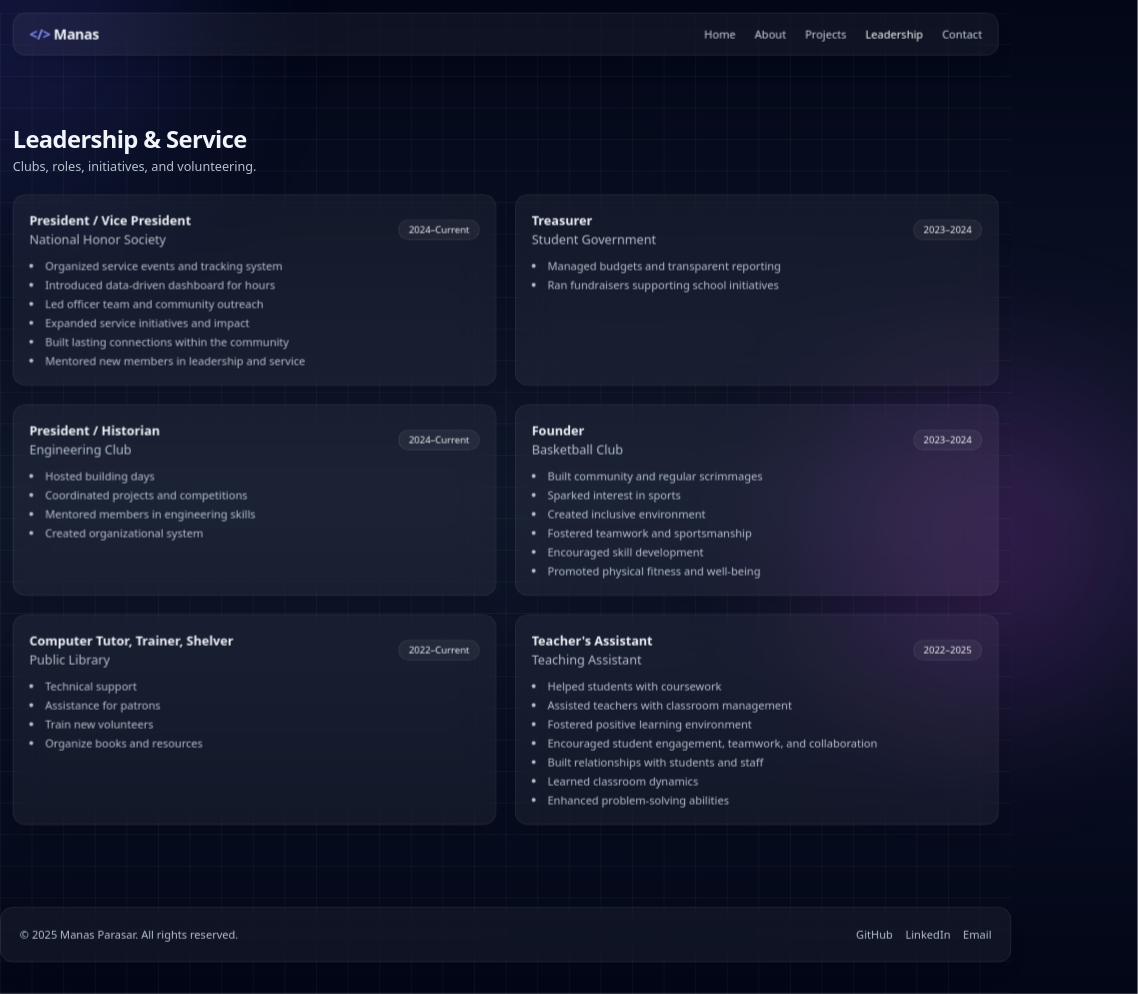
Repository: Manas-Parasar/portfolio-manas-parasar
Page: /leadership
An editor plug-in stored every save of this project. The page is shown before and after the next save, followed by the edit.
The browser window is 1280 px wide. The page is 1440 px wide, so the pictures cover 1440 px, including what lies to the right of the window. The pictures show the whole page, at 79% of full size.
The project was rebuilt for these pictures with package versions that can differ from the ones it lists, and the page was loaded fresh each time. Also part of the build but not shown: vite.config.js, src/components/Hero.jsx, src/components/ProjectCard.jsx, src/pages/Home.jsx, src/pages/About.jsx, src/pages/Projects.jsx, src/pages/Contact.jsx.

Above is the page before, as saved 2025-08-20 16:13:13.

### index.html
<!DOCTYPE html>
<html lang="en">
  <head>
    <meta charset="UTF-8" />
    <meta name="viewport" content="width=device-width, initial-scale=1.0" />
    <title>Manas Parasar — Portfolio</title>
    <meta
      name="description"
      content="Portfolio of Manas Parasar: projects, leadership, research, and impact."
    />
    <link rel="icon" href="/favicon.svg" />
  </head>
  <body
    class="min-h-screen bg-gradient-to-b from-slate-950 via-slate-900 to-slate-950 text-slate-100"
  >
    <div id="root"></div>
    <script type="module" src="/src/main.jsx"></script>
  </body>
</html>

### src/main.jsx
import { BrowserRouter } from "react-router-dom";
import "./index.css";
import React from "react";
import ReactDOM from "react-dom/client";
import App from "./App";

ReactDOM.createRoot(document.getElementById("root")).render(
  <React.StrictMode>
    <BrowserRouter>
      <App />
    </BrowserRouter>
  </React.StrictMode>
);

### src/index.css
@tailwind base;
@tailwind components;
@tailwind utilities;

/* Subtle selection & scrollbar tweaks */
::selection {
  background: #6366f1;
  color: white;
}
::-webkit-scrollbar {
  width: 10px;
}
::-webkit-scrollbar-thumb {
  background: rgba(148, 163, 184, 0.4);
  border-radius: 999px;
}

/* Reusable utilities */
@layer utilities {
  .glass {
    @apply bg-white/5 backdrop-blur-xl border border-white/10 shadow-xl;
  }
  .btn {
    @apply inline-flex items-center gap-2 rounded-2xl px-5 py-2 font-medium transition;
  }
  .btn-primary {
    @apply btn bg-brand-600 hover:bg-brand-500 text-white;
  }
  .btn-ghost {
    @apply btn glass hover:bg-white/10;
  }
  .headline {
    @apply text-4xl md:text-5xl font-extrabold tracking-tight;
  }
  .subtle {
    @apply text-slate-300/90;
  }
}

### src/App.jsx
import { Routes, Route } from "react-router-dom";
import Navbar from "./components/Navbar";
import Footer from "./components/Footer";
import Home from "./pages/Home";
import About from "./pages/About";
import Projects from "./pages/Projects";
import Leadership from "./pages/Leadership";
import Contact from "./pages/Contact";

export default function App() {
  return (
    <div className="min-h-screen bg-grid-sheer bg-grid-sheer bg-[length:40px_40px]">
      <div className="absolute inset-0 -z-10 opacity-70" aria-hidden>
        <div className="absolute -top-40 -left-40 h-96 w-96 rounded-full bg-brand-500 blur-[120px] opacity-30 animate-float" />
        <div className="absolute -bottom-40 -right-40 h-96 w-96 rounded-full bg-fuchsia-500 blur-[120px] opacity-30 animate-float" />
      </div>
      <Navbar />
      <main className="container py-10">
        <Routes>
          <Route path="/" element={<Home />} />
          <Route path="/about" element={<About />} />
          <Route path="/projects" element={<Projects />} />
          <Route path="/leadership" element={<Leadership />} />
          <Route path="/contact" element={<Contact />} />
        </Routes>
      </main>
      <Footer />
    </div>
  );
}

### src/components/Navbar.jsx
import { Link, NavLink } from "react-router-dom";
import { Menu, X } from "lucide-react";
import { useState } from "react";

export default function Navbar() {
  const [open, setOpen] = useState(false);
  const nav = [
    { to: "/", label: "Home" },
    { to: "/about", label: "About" },
    { to: "/projects", label: "Projects" },
    { to: "/leadership", label: "Leadership" },
    { to: "/contact", label: "Contact" },
  ];

  const NavItems = ({ onClick }) => (
    <ul className="flex flex-col md:flex-row gap-4 md:gap-6 text-sm">
      {nav.map((n) => (
        <li key={n.to}>
          <NavLink
            to={n.to}
            onClick={onClick}
            className={({ isActive }) =>
              `transition hover:text-white ${
                isActive ? "text-white" : "text-slate-300"
              }`
            }
          >
            {n.label}
          </NavLink>
        </li>
      ))}
    </ul>
  );

  return (
    <header className="sticky top-0 z-50">
      <div className="container mt-4">
        <div className="glass rounded-2xl px-5 py-3 flex items-center justify-between">
          <Link to="/" className="font-black tracking-tight text-lg">
            <span className="text-brand-400">&lt;/&gt;</span> Manas
          </Link>
          <nav className="hidden md:block">
            <NavItems />
          </nav>
          <button
            className="md:hidden btn-ghost"
            onClick={() => setOpen(!open)}
            aria-label="Toggle Menu"
          >
            {open ? <X size={20} /> : <Menu size={20} />}
          </button>
        </div>
        {open && (
          <div className="md:hidden mt-2 glass rounded-2xl px-5 py-4">
            <NavItems onClick={() => setOpen(false)} />
          </div>
        )}
      </div>
    </header>
  );
}

### src/components/Footer.jsx
export default function Footer() {
  return (
    <footer className="mt-16 pb-10">
      <div className="container glass rounded-2xl p-6 flex flex-col md:flex-row items-center justify-between gap-4">
        <p className="text-sm subtle">
          © {new Date().getFullYear()} Manas Parasar. All rights reserved.
        </p>
        <div className="text-sm subtle flex gap-4">
          <a
            href="https://github.com/"
            target="_blank"
            className="hover:text-white"
          >
            GitHub
          </a>
          <a
            href="https://linkedin.com/"
            target="_blank"
            className="hover:text-white"
          >
            LinkedIn
          </a>
          <a href="mailto:manas@example.com" className="hover:text-white">
            Email
          </a>
        </div>
      </div>
    </footer>
  );
}

### src/pages/Leadership.jsx
import { TimelineItem } from "../components/TimelineItem";
import Section from "../components/Section";

export default function Leadership() {
  return (
    <>
      <Section
        title="Leadership & Service"
        subtitle="Clubs, roles, initiatives, and volunteering."
      >
        <div className="grid md:grid-cols-2 gap-6">
          <TimelineItem
            org="National Honor Society"
            role="President / Vice President"
            period="2024–Current"
            points={[
              "Organized service events and tracking system",
              "Introduced data-driven dashboard for hours",
              "Led officer team and community outreach",
              "Expanded service initiatives and impact",
              "Built lasting connections within the community",
              "Mentored new members in leadership and service",
            ]}
          />
          <TimelineItem
            org="Student Government"
            role="Treasurer"
            period="2023–2024"
            points={[
              "Managed budgets and transparent reporting",
              "Ran fundraisers supporting school initiatives",
            ]}
          />
          <TimelineItem
            org="Engineering Club"
            role="President / Historian"
            period="2024–Current"
            points={[
              "Hosted building days",
              "Coordinated projects and competitions",
              "Mentored members in engineering skills",
              "Created organizational system",
            ]}
          />
          <TimelineItem
            org="Basketball Club"
            role="Founder"
            period="2023–2024"
            points={[
              "Built community and regular scrimmages",
              "Sparked interest in sports",
              "Created inclusive environment",
              "Fostered teamwork and sportsmanship",
              "Encouraged skill development",
              "Promoted physical fitness and well-being",
            ]}
          />
          <TimelineItem
            org="Public Library"
            role="Computer Tutor, Trainer, Shelver"
            period="2022–Current"
            points={[
              "Technical support",
              "Assistance for patrons",
              "Train new volunteers",
              "Organize books and resources",
            ]}
          />
          <TimelineItem
            org="Teaching Assistant"
            role="Teacher's Assistant"
            period="2022–2025"
            points={[
              "Helped students with coursework",
              "Assisted teachers with classroom management",
              "Fostered positive learning environment",
              "Encouraged student engagement, teamwork, and collaboration",
              "Built relationships with students and staff",
              "Learned classroom dynamics",
              "Enhanced problem-solving abilities",
            ]}
          />
        </div>
      </Section>
    </>
  );
}

### src/components/Section.jsx
export default function Section({ title, subtitle, children, cta }) {
  return (
    <section className="mt-12">
      <div className="flex items-end justify-between gap-4 mb-6">
        <div>
          <h2 className="text-2xl md:text-3xl font-bold tracking-tight">
            {title}
          </h2>
          {subtitle && <p className="subtle mt-1">{subtitle}</p>}
        </div>
        {cta}
      </div>
      <div className="grid gap-6">{children}</div>
    </section>
  );
}

### src/components/TimelineItem.jsx
export function TimelineItem({ org, role, period, points = [] }) {
  return (
    <div className="glass rounded-2xl p-5">
      <div className="flex flex-col md:flex-row md:items-center md:justify-between">
        <div>
          <h3 className="font-semibold">{role}</h3>
          <p className="subtle">{org}</p>
        </div>
        <span className="text-xs mt-2 md:mt-0 px-3 py-1 rounded-full bg-white/5 border border-white/10">
          {period}
        </span>
      </div>
      {points?.length > 0 && (
        <ul className="list-disc list-inside mt-3 text-sm subtle space-y-1">
          {points.map((p, i) => (
            <li key={i}>{p}</li>
          ))}
        </ul>
      )}
    </div>
  );
}

### tailwind.config.js
/** @type {import('tailwindcss').Config} */
export default {
  content: ["./index.html", "./src/**/*.{js,jsx,ts,tsx}"],
  theme: {
    extend: {
      container: { center: true, padding: "1rem" },
      fontFamily: {
        display: ["Inter", "ui-sans-serif", "system-ui"],
      },
      colors: {
        brand: {
          50: "#eef2ff",
          100: "#e0e7ff",
          200: "#c7d2fe",
          300: "#a5b4fc",
          400: "#818cf8",
          500: "#6366f1",
          600: "#4f46e5",
          700: "#4338ca",
          800: "#3730a3",
          900: "#312e81",
        },
      },
      boxShadow: {
        glow: "0 0 0 0 rgba(99,102,241,0.5), 0 0 80px 10px rgba(99,102,241,0.25)",
      },
      backgroundImage: {
        "grid-sheer":
          "linear-gradient(rgba(255,255,255,0.04) 1px, transparent 1px), linear-gradient(90deg, rgba(255,255,255,0.04) 1px, transparent 1px)",
      },
      backgroundSize: {
        "grid-sheer": "40px 40px",
      },
      animation: {
        float: "float 6s ease-in-out infinite",
        shimmer: "shimmer 4s linear infinite",
      },
      keyframes: {
        float: {
          "0%, 100%": { transform: "translateY(0px)" },
          "50%": { transform: "translateY(-10px)" },
        },
        shimmer: {
          "0%": { backgroundPosition: "-200% 0" },
          "100%": { backgroundPosition: "200% 0" },
        },
      },
    },
  },
  plugins: [],
};

After the next save:
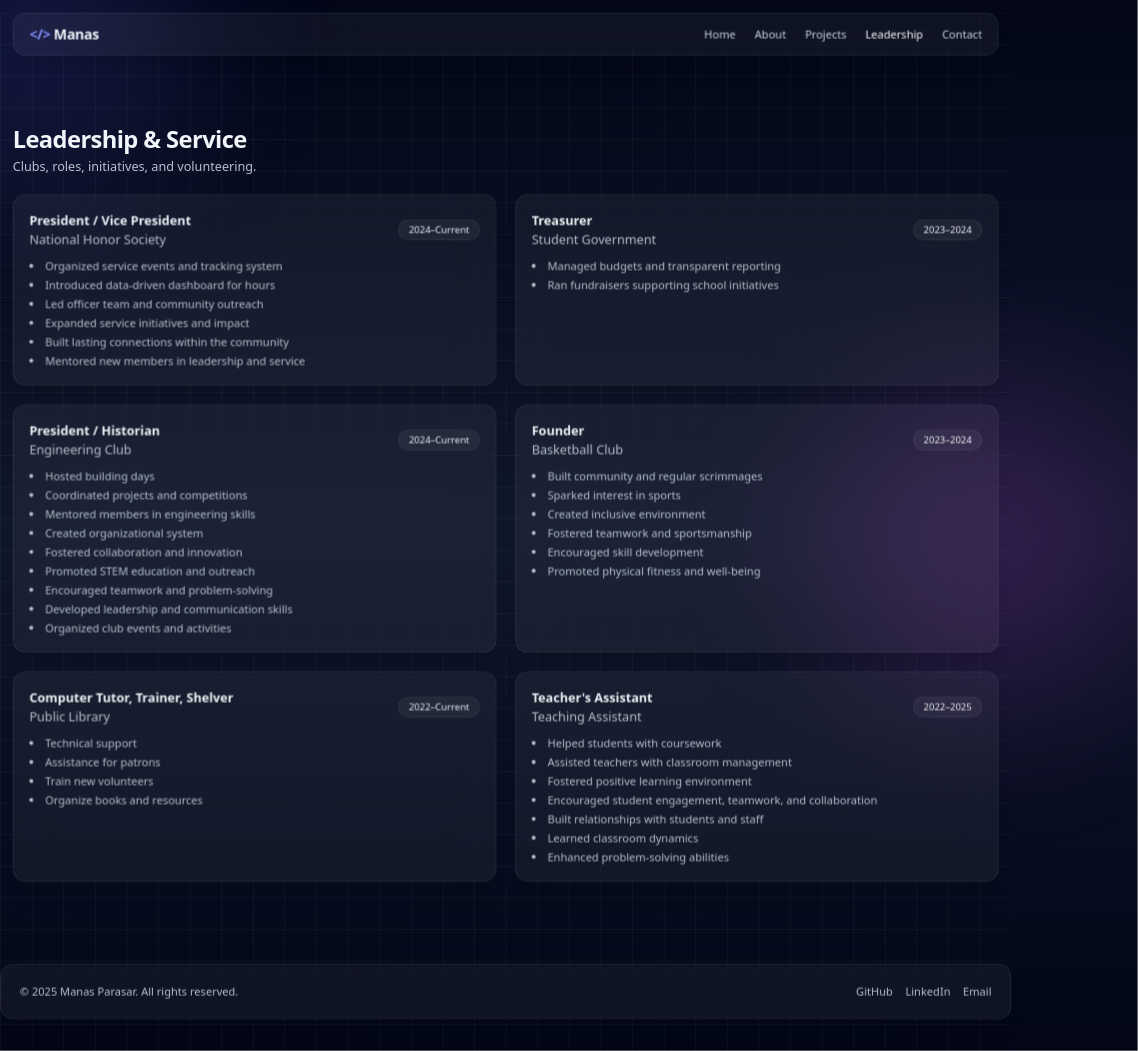
Saved 44 s later.
--- a/src/pages/Leadership.jsx
+++ b/src/pages/Leadership.jsx
@@ -40,6 +40,11 @@ export default function Leadership() {
               "Coordinated projects and competitions",
               "Mentored members in engineering skills",
               "Created organizational system",
+              "Fostered collaboration and innovation",
+              "Promoted STEM education and outreach",
+              "Encouraged teamwork and problem-solving",
+              "Developed leadership and communication skills",
+              "Organized club events and activities",
             ]}
           />
           <TimelineItem
